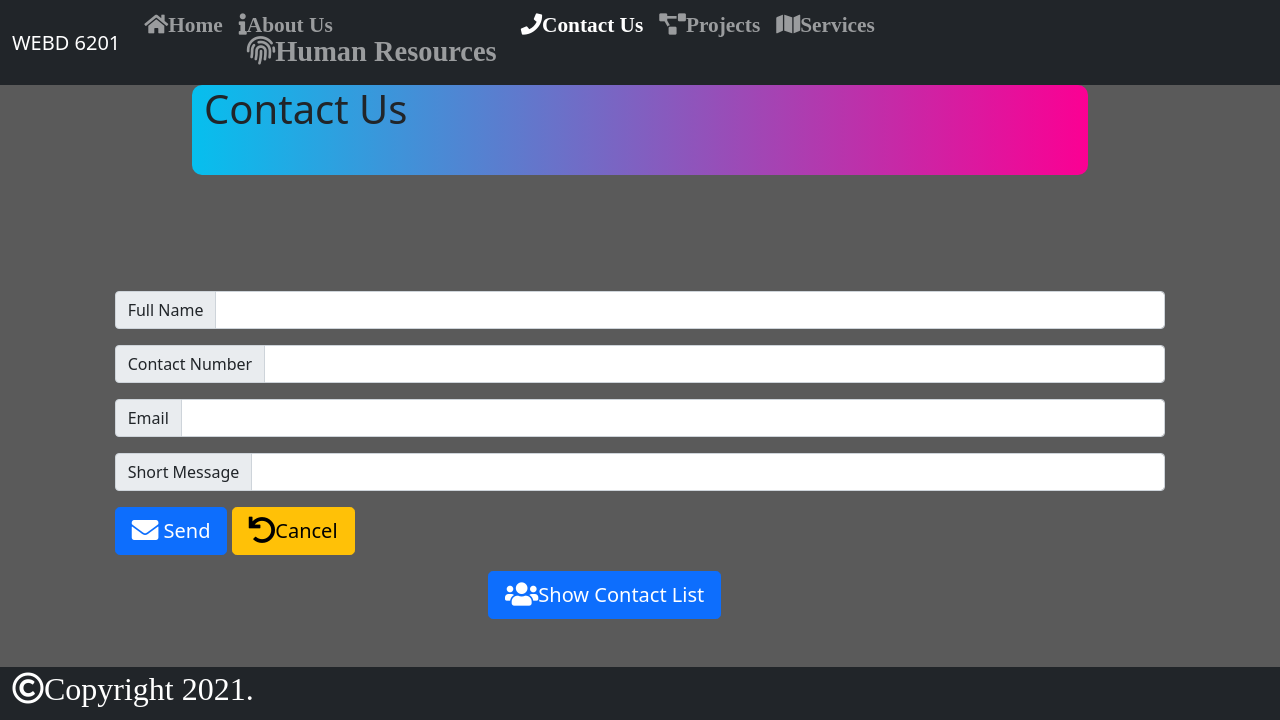
Repository: vans12345678/WEBD6201-W2021-Lab1
Page: contact.html
An editor plug-in stored every save of this project. The page is shown before and after the next save, followed by the edit.
The browser window is 1280 px wide. The pictures show the whole page.

Above is the page before, as saved 2021-02-02 20:18:02.

### contact.html
<!DOCTYPE html>
<html lang="en">
<head>
    <meta charset="UTF-8">
    <meta name="viewport" content="width=device-width, initial-scale=1.0">
    <title>Contact Us</title>

    <!-- CSS Section -->
    <link rel="stylesheet" href="./node_modules/bootstrap/dist/css/bootstrap.min.css">
    <link rel="stylesheet" href="./node_modules/@fortawesome/fontawesome-free/css/all.min.css">
    <link rel="stylesheet" href="./Content/app.css">
</head>
<body>
  <!-- Main Header -->
    <header>
      <!-- Main Navigation -->
        <nav class="navbar navbar-expand-lg navbar-dark bg-dark">
            <div class="container-fluid">
              <a id ="navHome" class="navbar-brand" href="index.html"></a>
              <button class="navbar-toggler" type="button" data-bs-toggle="collapse" data-bs-target="#navbarSupportedContent" aria-controls="navbarSupportedContent" aria-expanded="false" aria-label="Toggle navigation">
                <span class="navbar-toggler-icon"></span>
              </button>
              <div class="collapse navbar-collapse" id="navbarSupportedContent">
                <ul class="navbar-nav me-auto mb-2 mb-lg-0">
                  <li class="nav-item">
                    <a id = "navIndex" class="nav-link fas fa-home fa-lg" aria-current="page" href="index.html"></a>
                  </li>
                  <li class="nav-item">
                    <a id = "navAbout" class="nav-link fas fa-info fa-lg" aria-current="page" href="about.html"></a>
                  </li>
                  <li class="nav-item" id = "navHumanResources">
                  </li>
                  <li class="nav-item">
                    <a id = "navContact" class="nav-link fas active fa-phone fa-lg" aria-current="page" href="contact.html"></a>
                  </li>
                  <li class="nav-item">
                    <a id = "navProjects" class="nav-link fas fa-project-diagram fa-lg" aria-current="page" href="projects.html">Products</a>
                  </li>
                  <li class="nav-item">
                    <a id = "navServices" class="nav-link fas fa-map fa-lg" aria-current="page" href="services.html"></a>
                  </li>
                </ul>
              </div>
            </div>
          </nav>
    </header>
  <!-- Main Contents -->
    <main>
        <h1 class = "container">Contact Us</h1>

        <div class="warnMessage" id="messageArea"></div>
        <div class = "row justify-content-lg-center g-3 contact-form">
          <form class = "col-col-lg-6 col-md-10 col-sm-10">
            <div class="input-group mb-3">
              <span class="input-group-text" id="inputGroup-sizing-default">Full Name</span>
              <input id = "fullName" type="text" class="form-control" aria-label="Full Name" aria-describedby="Full Name Input"
              name = "fullName" required>
            </div>
            <div class="input-group mb-3">
              <span class="input-group-text" id="inputGroup-sizing-default">Contact Number</span>
              <input id = "contactNumber" type="tel" class="form-control" aria-label="Contact Number" aria-describedby="Contact Number Input"
              name = "contactNumber" required>
            </div>
            <div class="input-group mb-3">
              <span class="input-group-text" id="inputGroup-sizing-default">Email</span>
              <input id = "emailAddress" type="email" class="form-control" aria-label="Email Address" aria-describedby="Email Address Input"
              name = "emailAddress" required>
            </div>
            <div class="input-group mb-3">
              <span class="input-group-text" id="inputGroup-sizing-default">Short Message</span>
              <input id = "shortMessage" type="text" class="form-control" aria-label="Short Message" aria-describedby="Short Message Input"
              name = "shortMessage" required>
            </div>
          <button id = "sendButton" type="submit" class="btn btn-primary btn-lg"><i class="fas fa-envelope fa-lg"></i> Send</button>
          <button id = "cancelButton" type="reset" class="btn btn-warning btn-lg"><i class="fas fa-undo fa-lg"></i>Cancel</button>
        </form>

        <div class="col-lg-3 col-md-3">
          <a href="contact-list.html" class="btn btn-primary btn-lg"><i class="fas fa-users fa-lg"></i>Show Contact List</a>
        </div>
        </div>


    </main>
    <!-- Main Footer -->
    <footer>
      <nav class="navbar fixed-bottom navbar-dark bg-dark">
          <div class="container-fluid">
              <h4><i id = "footer"class="far fa-copyright fa-lg site-footer"></i></h4>
          </div>
        </nav>
  </footer>
    <!-- Script Section -->
    <script src="./node_modules/jquery/dist/jquery.min.js"></script>
    <script src="./node_modules/bootstrap/dist/js/bootstrap.bundle.min.js"></script>
    <script src="./Scripts/contact.js"></script>
    <script src="./Scripts/app.js"></script>

</body>
</html>

### Content/app.css
/* custom css goes here */
.Vapor {
    background-image: url('../images/vapor.jpg');
    background-repeat: no-repeat;
    background-attachment: fixed;
    background-size: 100% 100%;
  }
  a {
    color: greenyellow;
  }
  .aboutFont
  {
    font-family: Arial, Helvetica, sans-serif;
    line-height: 32px;
  }
  body
  {
    background-color: rgb(90, 90, 90);
  }
  h1.container{
    border-radius: 10px;
    width: 70%;
    height: 90px;
    margin: 0px auto;
    background: linear-gradient(90deg,#06bfee,#fb0093)
  }
  h1.projects{
    background-color: white;
  }
  .contact-table{
    width: 100%;
    margin:  50px auto;
    background-color: white;
  }
  .contact-form
  {
    width: 100%;
    margin:  100px auto;
  }
  .warnMessage
  {
    width: 90%;
    margin:  50px;
  }
  .site-footer {
    color:white;
  }

### Scripts/contact.js
/************************************************************
 * Name: Andre Agrippa, Michai Pryce
 * Date: 01/20/2021
 * Description: This file creates a contact class used to
 * create/display contacts for the web application
 */
"use strict";
class Contact {
    //Getters and setters
    get FullName() {
        return this.m_fullName;
    }
    set FullName(value) {
        this.m_fullName = value;
    }
    get ContactNumber() {
        return this.m_contactNumber;
    }
    set ContactNumber(value) {
        this.m_contactNumber = value;
    }
    get EmailAddress() {
        return this.m_emailAddress;
    }
    set EmailAddress(value) {
        this.m_emailAddress = value;
    }
    get ShortMessage(){
        return this.m_shortMessage;
    }
    set ShortMessage(value) {
        this.m_shortMessage = value;
    }
    /**
     *
     * @param {string} fullName
     * @param {string} contactNumber
     * @param {string} emailAddress
     * @param {string} shortMessage
     */
    constructor(fullName = "", contactNumber = "", emailAddress = "", shortMessage = "") {
        this.FullName = fullName;
        this.ContactNumber = contactNumber;
        this.EmailAddress = emailAddress;
        this.ShortMessage = shortMessage;
    }

    /**
     *This method overrides the built-in toString() method for Contact class
     *
     * @return {*}
     * @memberof Contact
     */
    toString()
    {
        return `Full Name       : ${this.FullName} \nContactNumber       : ${this.ContactNumber}
        \nEmailAddress       :${this.EmailAddress} \nShortMessage       :${this.ShortMessage}`;
    }
    /**
     *This method returns a JSON object made up of the properties of the Contact class
     *
     * @return {Object}
     * @memberof Contact
     */
    toJSON()
    {
        return{
            "fullName": this.FirstName,
            "contactNumber": this.ContactNumber,
            "emailAddress": this.EmailAddress,
            "shortMessage": this.ShortMessage
        }
    }
    /**
     *
     *This method returns the Contact into a comma-separated value string
     * @return {string}
     * @memberof Contact
     */
    serialize()
    {
        if(this.FullName !== "" && this.ContactNumber !== "" && this.EmailAddress !== "" && this.ShortMessage !== "")
        {
            return `${this.FullName}, ${this.ContactNumber}, ${this.EmailAddress}, ${this.ShortMessage}`;
        }
        else
        {
            console.error("One or more properties of the Contact is empty");
            return null;
        }
    }
    /**
     *This method takes a comma-separated data string assigns values to the Contact class properties
     *
     * @param {string} data
     * @returns {void}
     * @memberof Contact
     */
    deserialize(data)
    {
        let propertyArray = data.split(",");

        this.FullName = propertyArray[0];
        this.ContactNumber = propertyArray[1];
        this.EmailAddress = propertyArray[2];
        this.ShortMessage = propertyArray[3];

    }
}

### Scripts/app.js
/************************************************************
 * Name: Andre Agrippa, Michai Pryce
 * Date: 01/20/2021
 * Description: This file adds functionality to the Home,
 * About Us, Human Resources, Contact Us, Projects and Services
 * pages.
 * Date Completed:
 */

"use strict";


(function(){

    function DisplayNav()
    {
        let navTextElement = document.getElementById("navHome").textContent = "WEBD 6201";
        navTextElement = document.getElementById("navIndex").textContent = "Home";
        navTextElement = document.getElementById("navAbout").textContent = "About Us";

        let newParagraph = document.createElement("li");
        newParagraph.setAttribute("id", "paragraphTwo");
        newParagraph.innerHTML = `
        <a  class="nav-link fas fa-fingerprint fa-lg" aria-current="page" href="human-resources.html">Human Resources</a>
        `;
        let mainContent = document.getElementById("navAbout");
        mainContent.appendChild(newParagraph);


        // let paragraphDiv = document.createElement('div');
        // let paragraphThree =  `<p id = "paragraphThree" class = "fs-7 fw-bold">...And this is the Third paragraph</p>`;
        // paragraphDiv.innerHTML = paragraphThree;
        // mainContent.innerHTML = paragraphThree;
        // console.log(paragraphOneElement);

        //insertion before node
        //newParagraph.before(paragraphDiv);

        //insertion after node
        //newParagraph.after();
        // navTextElement = document.getElementById("navHumanResources").innerHTML = `
        //     <a  class="nav-link fas fa-fingerprint fa-lg" aria-current="page" href="human-resources.html">Human Resources</a>
        //     `;
        navTextElement = document.getElementById("navContact").textContent = "Contact Us";
        navTextElement = document.getElementById("navProjects").textContent = "Projects";
        navTextElement = document.getElementById("navServices").textContent = "Services";
        navTextElement = document.getElementById("footer").textContent = "Copyright 2021.";
    }

    function displayHome()
    {
        DisplayNav();
        let introText = "This is a simple site to demonstrate the specified requirements for Lab 1 WEBD 6201 - Client Side Scripting";
        let titleText = "Welcome to WEBD 6201";

        let introTextElement = document.getElementById("indexTitle").textContent = titleText;
        introTextElement = document.getElementById("indexParagraph").textContent = introText;

    }
    function displayAbout()
    {
        DisplayNav();

        //About Andre
        let aboutElement = document.getElementById("aboutTitle").textContent = "About Us";
        aboutElement = document.getElementById("aboutAText");
        aboutElement.innerHTML = `<h1>Andre Agrippa:</h1>
        <p class = "">I'm a 2nd year student at Durham College in the Computer Programming and Analysis program. I've been
        coding for several years now because I enjoy it and always looking to improve in this aspect.</p>
        <a class = "fa-lg" href="andre_resume.pdf" download>Resume Download</a></br></br>
        <img src="../images/morpheus.JPG" alt="" style="width:500px;height:250px;">`;

    }
    function displayProjects()
    {
        DisplayNav();

        //Projects 1
        let projectsElement = document.getElementById("projectsTitle").textContent = "Projects";
        projectsElement = document.getElementById("projectsText").innerHTML =
        `<h3>Project One: COBOL Item List</h3>
        <p>This project reads records from a .dat file, performs calculations on the data then outputs it to a .out file neatly formatted.</p>
        <img src="../images/p1.PNG" alt="" style="width:800px;height:500px;">`;

        //Projects 2
        projectsElement = document.getElementById("projectsText").innerHTML +=
        `<h3>Project Two: C#, XAML, MDF  Preferred Shares and Common Shares</h3>
        <p>This project uses XAML for the windows form and a database to keep track of common and preferred shares.
        The database keeps track of how many shares(common/preferred) are  available and validation is applied.</p>
        <img src="../images/p2.PNG" alt="" style="width:800px;height:500px;">`;

        //Projects 3
        projectsElement = document.getElementById("projectsText").innerHTML +=
        `<h3>Project Three: ASP.NET and MVC Framework Animal Shelter</h3>
        <p>This project is a web application that keeps track of animals, owners, appointment and login info in a database.
        Relational database concepts are applied.</p>
        <img src="../images/p3.PNG" alt="" style="width:800px;height:500px;">`;

    }
    function displayServices()
    {
        DisplayNav();
        let s1Header = "Web Development:";
        let s1Text = "We offer a variety of different web development (Front-end, Back-end, Databases). Languages (PHP, ASP.NET, JavaScript)";
        let s2Header = "Service 2:";
        let s2Text = "Service 2 text";
        let s3Header = "Service 3:";
        let s3Text = "Service 3 text";

        //Services 1
        let servicesElement = document.getElementById("servicesTitle").textContent = "Web Development";
        servicesElement = document.getElementById("servicesText").innerHTML =
        `<h3>Web Development:</h3>
        <p>We offer a variety of different web development (Front-end, Back-end, Databases). Languages (PHP, ASP.NET, JavaScript)</p>
        <img src="../images/s1.jpg" alt="" style="width:800px;height:500px;">`;

        //Services 2
        servicesElement = document.getElementById("servicesText").innerHTML +=
        `<h3>OOP Programming</h3>
        <p>We offer a variety of different Object Oriented Programming. We're experienced with C#, C++, Java etc.
        Whether it be windows forms applications, console applications GUI, etc.</p>
        <img src="../images/s2.png" alt="" style="width:800px;height:500px;">`;

        //Services 3
        servicesElement = document.getElementById("servicesText").innerHTML +=
        `<h3>Database Management System</h3>
        <p>It's been almost 3 years since we've had experience in database development. We've used software such as
        Microsoft SQL Server and PgAdmin4. Experienced with relational database concepts.</p>
        <img src="../images/s3.jpg" alt="" style="width:800px;height:500px;">`;


    }
    function displayContact()
    {
        DisplayNav();

        let messageArea = document.getElementById("messageArea");
        messageArea.hidden = true;

        //form validation
        let fullName = document.getElementById("fullName");
        fullName.addEventListener("blur", function()
        {
            if(fullName.value.length < 2)
            {
                fullName.focus();
                fullName.select();
                messageArea.hidden = false;
                messageArea.className = "alert alert-danger warnMessage";
                messageArea.textContent = "Please enter an appropriate name > 2 characters";
            }
            else
            {
                messageArea.removeAttribute("class");
                messageArea.hidden = true;
            }
        });
            let sendButton = document.getElementById("sendButton");
            sendButton.addEventListener("click", function(event)
            {
                //event.preventDefault();
                // //Displays twice?

                let contact = new Contact(fullName.value,contactNumber.value, emailAddress.value, shortMessage.value);

                console.log(contact.serialize());
                if(contact.serialize())
                {
                    localStorage.setItem((localStorage.length + 1).toString(),contact.serialize());
                }
            });
    }
    function displayContactList()
    {
        DisplayNav();
        if(localStorage.length > 0)
        {
            let contactList = document.getElementById("contactList");
            let data = "";

            for (let index = 0; index < localStorage.length; index++)
            {
                let contactData = localStorage.getItem((index + 1).toString());
                let contact = new Contact();

                contact.deserialize(contactData);

                data += `<tr>
                <th scope="row">${index + 1}</th>
                <td>${contact.FullName}</td>
                <td>${contact.ContactNumber}</td>
                <td>${contact.EmailAddress}</td>
                <td>${contact.ShortMessage}</td>
              </tr>`;
            }
            contactList.innerHTML = data;
        }

    }
    function displayHumanResources()
    {
        DisplayNav();
        let navTextElement = document.getElementById("navHumanResources").innerHTML = `
            <a  class="nav-link fas fa-fingerprint fa-lg active" aria-current="page" href="human-resources.html">Human Resources</a>
            `;
    }

    function Start()
    {
        console.log("App Started...");

        //Based of title of html
        switch(document.title)
        {
            case "Index":
                displayHome();
                break;
            case "About Us":
                displayAbout();
                break;
            case "Projects":
                displayProjects();
                break;
            case "Services":
                displayServices();
                break;
            case "Contact Us":
                displayContact();
                break;
            case "Contact-List":
                displayContactList();
                break;
            case "Human Resources":
                displayHumanResources();
                break;
        }


    }

    window.addEventListener("load", Start);

})();

Loaded but not shown: node_modules/bootstrap/dist/css/bootstrap.min.css (library); node_modules/@fortawesome/fontawesome-free/css/all.min.css (library); node_modules/jquery/dist/jquery.min.js (library); node_modules/bootstrap/dist/js/bootstrap.bundle.min.js (library)

After the next save:
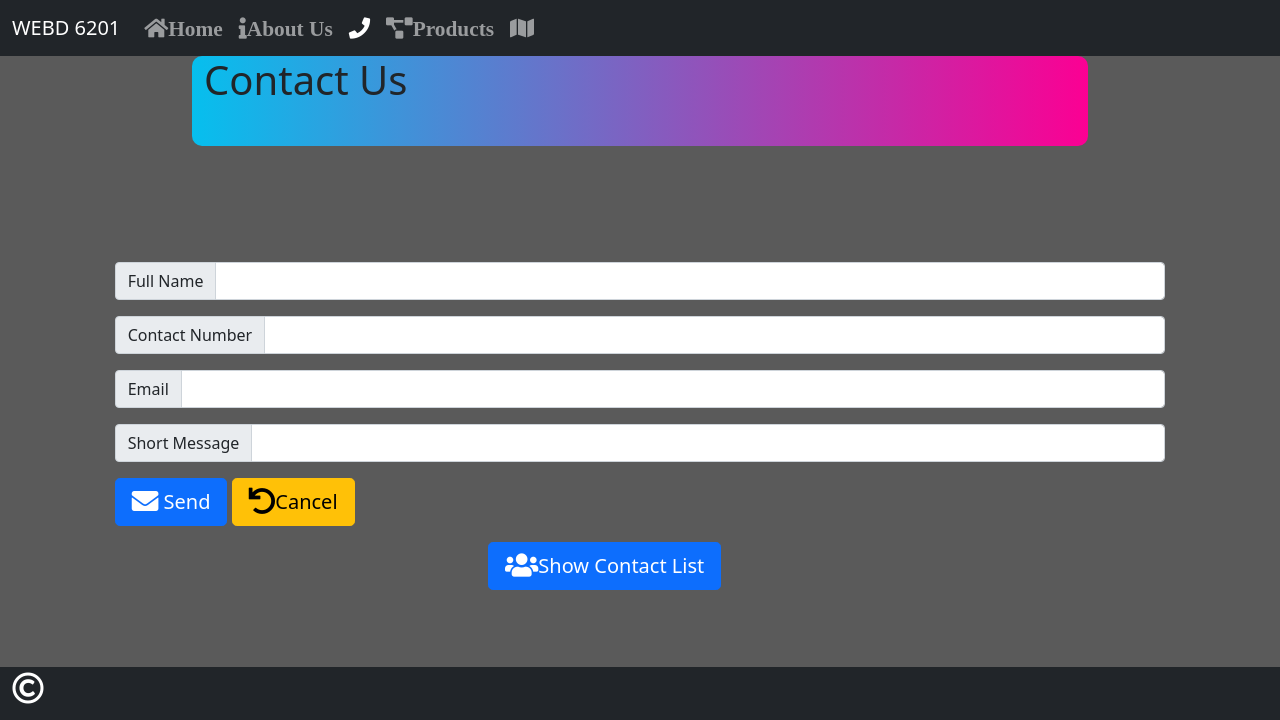
Console error: TypeError: document.getElementsById is not a function
Saved 3 min 28 s later.
--- a/Scripts/app.js
+++ b/Scripts/app.js
@@ -18,18 +18,14 @@
         navTextElement = document.getElementById("navIndex").textContent = "Home";
         navTextElement = document.getElementById("navAbout").textContent = "About Us";
 
-        let newParagraph = document.createElement("li");
-        newParagraph.setAttribute("id", "paragraphTwo");
-        newParagraph.innerHTML = `
+
+        let mainContent = document.getElementsById("navAbout");
+
+
+        let paragraphDiv = document.createElement('li');
+        paragraphDiv.innerHTML = `
         <a  class="nav-link fas fa-fingerprint fa-lg" aria-current="page" href="human-resources.html">Human Resources</a>
         `;
-        let mainContent = document.getElementById("navAbout");
-        mainContent.appendChild(newParagraph);
-
-
-        // let paragraphDiv = document.createElement('div');
-        // let paragraphThree =  `<p id = "paragraphThree" class = "fs-7 fw-bold">...And this is the Third paragraph</p>`;
-        // paragraphDiv.innerHTML = paragraphThree;
         // mainContent.innerHTML = paragraphThree;
         // console.log(paragraphOneElement);
 
@@ -37,7 +33,7 @@
         //newParagraph.before(paragraphDiv);
 
         //insertion after node
-        //newParagraph.after();
+        newParagraph.after(paragraphDiv);
         // navTextElement = document.getElementById("navHumanResources").innerHTML = `
         //     <a  class="nav-link fas fa-fingerprint fa-lg" aria-current="page" href="human-resources.html">Human Resources</a>
         //     `;

After the 2 saves that followed:
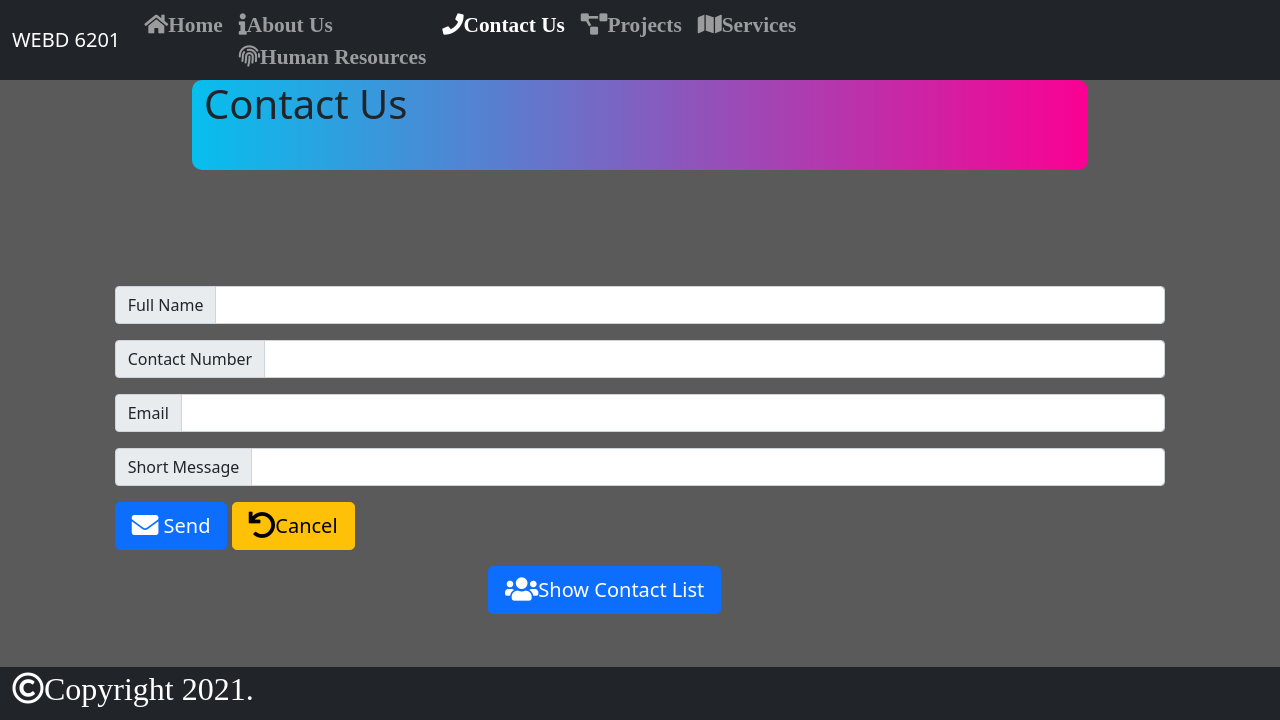
The error is gone.
The 2 saves are shown as one change because 1 left the picture as it was.
The last was saved 45 s later.
--- a/Scripts/app.js
+++ b/Scripts/app.js
@@ -19,9 +19,8 @@
         navTextElement = document.getElementById("navAbout").textContent = "About Us";
 
 
-        let mainContent = document.getElementsById("navAbout");
-
-
+
+        let newParagraph = document.getElementById("navAbout");
         let paragraphDiv = document.createElement('li');
         paragraphDiv.innerHTML = `
         <a  class="nav-link fas fa-fingerprint fa-lg" aria-current="page" href="human-resources.html">Human Resources</a>
